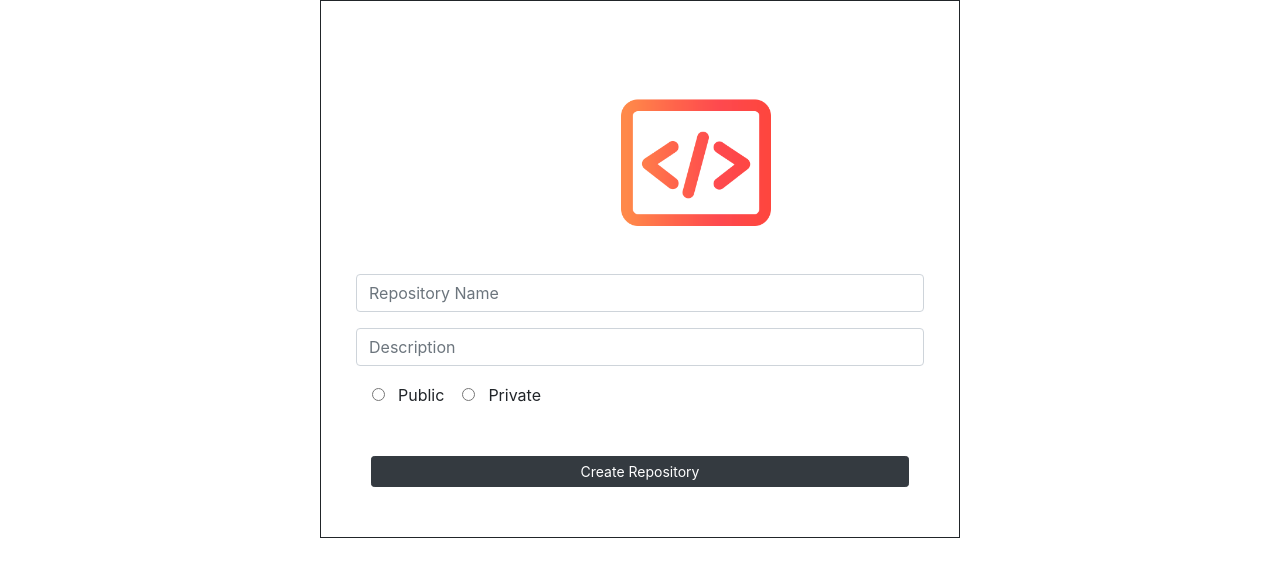
Repository: rashmikagamage/OAuth-Implementation
Page: /auth/github/callback (app in frontend/)
The author's editor kept a copy of each file at every save. The page is drawn from the files as they stood at one save, then again after the next save.
The browser window is 1280 px wide. The pictures show the whole page.
Some web libraries are served in a nearby version. The project was rebuilt for these pictures with package versions that can differ from the ones it lists, and the page was loaded fresh each time. Also part of the build but not shown: frontend/src/css/twitter.css, frontend/src/components/login.js, frontend/src/components/twitter-home.js, frontend/src/components/login-git.js, frontend/src/App.css.

Above is the page before, as saved 2021-09-08 17:54:25.

### frontend/public/index.html
<!DOCTYPE html>
<html lang="en">
  <head>
    <meta charset="utf-8" />
    <link rel="icon" href="%PUBLIC_URL%/favicon.ico" />
    <meta name="viewport" content="width=device-width, initial-scale=1" />
    <meta name="theme-color" content="#000000" />
    <meta
      name="description"
      content="Web site created using create-react-app"
    />
    <link rel="apple-touch-icon" href="%PUBLIC_URL%/logo192.png" />
    <!--
      manifest.json provides metadata used when your web app is installed on a
      user's mobile device or desktop. See https://developers.google.com/web/fundamentals/web-app-manifest/
    -->
    <link rel="manifest" href="%PUBLIC_URL%/manifest.json" />
    <link rel="stylesheet" href="https://pro.fontawesome.com/releases/v5.13.0/css/all.css">
    <link rel="shortcut icon" href="%PUBLIC_URL%/favicon.ico">
    <!--
      Notice the use of %PUBLIC_URL% in the tags above.
      It will be replaced with the URL of the `public` folder during the build.
      Only files inside the `public` folder can be referenced from the HTML.

      Unlike "/favicon.ico" or "favicon.ico", "%PUBLIC_URL%/favicon.ico" will
      work correctly both with client-side routing and a non-root public URL.
      Learn how to configure a non-root public URL by running `npm run build`.
    -->
    <link rel="stylesheet" href="https://maxcdn.bootstrapcdn.com/bootstrap/4.0.0/css/bootstrap.min.css" integrity="sha384-Gn5384xqQ1aoWXA+058RXPxPg6fy4IWvTNh0E263XmFcJlSAwiGgFAW/dAiS6JXm" crossorigin="anonymous">
    <title>React App</title>

  </head>
  <body>

    <noscript>You need to enable JavaScript to run this app.</noscript>
    <div id="root"></div>
    <!--
      This HTML file is a template.
      If you open it directly in the browser, you will see an empty page.

      You can add webfonts, meta tags, or analytics to this file.
      The build step will place the bundled scripts into the <body> tag.

      To begin the development, run `npm start` or `yarn start`.
      To create a production bundle, use `npm run build` or `yarn build`.
    -->
    <script src="https://code.jquery.com/jquery-3.2.1.slim.min.js" integrity="sha384-KJ3o2DKtIkvYIK3UENzmM7KCkRr/rE9/Qpg6aAZGJwFDMVNA/GpGFF93hXpG5KkN" crossorigin="anonymous"></script>
    <script src="https://cdnjs.cloudflare.com/ajax/libs/popper.js/1.12.9/umd/popper.min.js" integrity="sha384-ApNbgh9B+Y1QKtv3Rn7W3mgPxhU9K/ScQsAP7hUibX39j7fakFPskvXusvfa0b4Q" crossorigin="anonymous"></script>
    <script src="https://maxcdn.bootstrapcdn.com/bootstrap/4.0.0/js/bootstrap.min.js" integrity="sha384-JZR6Spejh4U02d8jOt6vLEHfe/JQGiRRSQQxSfFWpi1MquVdAyjUar5+76PVCmYl" crossorigin="anonymous"></script>
  </body>
</html>

### frontend/src/App.js
import Login from './components/login';
import GitHome from './components/git-home';
import TwitterHome from './components/twitter-home';
import LoginGit from './components/login-git';
import {BrowserRouter as Router, Route} from "react-router-dom";
import './App.css';


function App() {
  return (

    <Router>{
      <div>
          <switch>
              <Route path="/login" component={Login}/>
              <Route path="/logingit" component={LoginGit}/>
              <Route path="/auth/github/callback" component={GitHome}/>
              <Route path="/twitterHome" component={TwitterHome}/>

          </switch>
      </div>
  }

  </Router>
  );
}

export default App;

### frontend/src/components/git-home.js
import "../css/git.css";
import code from "../images/code.png";
import React, { useState } from "react";
const axios = require("axios").default;

function GitHome(props) {
  function getRepos() {}
  return (
    <div class="main">
       <img src={code} alt="Avatar" class="img"></img>
      <form>
        <div class="form-group row mt-5">
          <input
            type="text"
            class="form-control"
            id="formGroupExampleInput"
            placeholder="Repository Name"
          ></input>
          <input
            type="text"
            class="form-control mt-3"
            id="formGroupExampleInput"
            placeholder="Description"
          ></input>
        </div>
        <table>
          <tr>
            <td>
              <div class="form-check">
                <input
                  class="form-check-input position-static"
                  type="radio"
                  name="public"
                  id="true"
                  value="option1"
                  aria-label="..."
                ></input>
              </div>
            </td>
            <td>
              <label class="form-check-label ml-1 mr-3" for="exampleRadios2">
                Public
              </label>
            </td>
            <td>
              <div class="form-check">
                <input
                  class="form-check-input position-static"
                  type="radio"
                  name="private"
                  id="false"
                  value="false"
                  aria-label="..."
                ></input>
              </div>
            </td>
            <td>
              <label class="form-check-label ml-1 mr-3" for="exampleRadios2">
                Private
              </label>
            </td>
          </tr>
        </table>
      </form>
      <button type="button" class="btn btn-dark btn-sm btn-block mt-5">Create Repository</button>
    </div>
  );
}

export default GitHome;

### frontend/src/css/git.css
.main{
  margin: auto;
  width: 50%;
  border-style: solid;
  border-width: 1px;
  padding: 50px;



}

.img{
    width: 150px;
    margin-left: 250px;
    margin-top:25px ;

}

Loaded but not shown: frontend/src/index.js (common file); frontend/src/index.css (common file); frontend/src/reportWebVitals.js (common file)

After the next save:
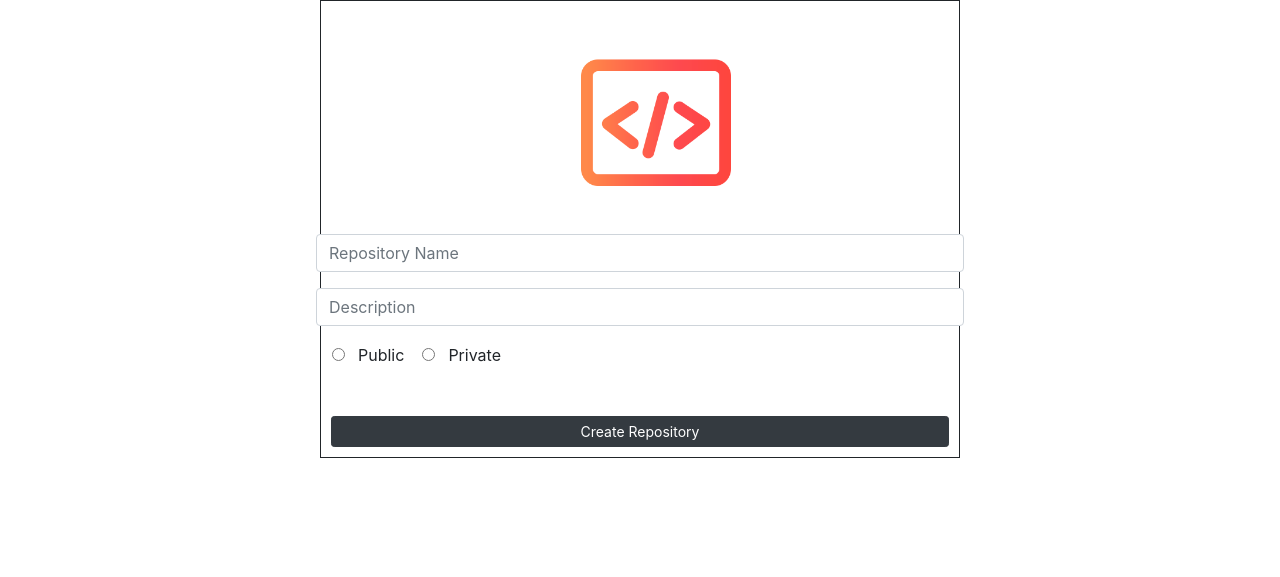
Saved 14 s later.
--- a/frontend/src/css/git.css
+++ b/frontend/src/css/git.css
@@ -3,7 +3,7 @@
   width: 50%;
   border-style: solid;
   border-width: 1px;
-  padding: 50px;
+  padding: 10px;
 
 
 
